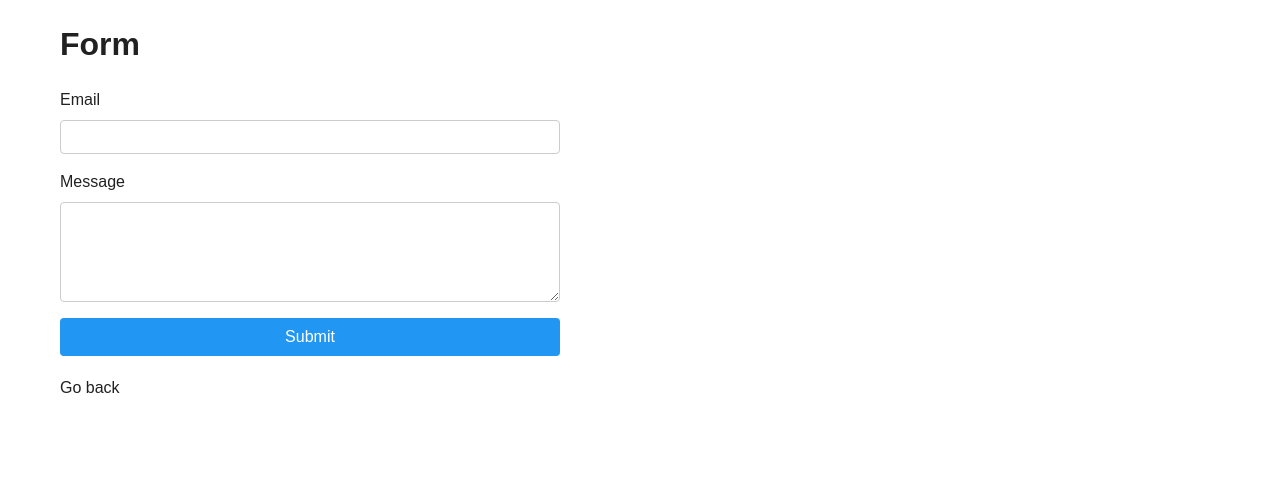
Repository: rubin666666/goit-js-hw-09
Page: src/2-form.html
An editor plug-in stored every save of this project. The page is shown before and after the next save, followed by the edit.
The browser window is 1280 px wide. The pictures show the whole page.

Above is the page before, as saved 2025-12-17 12:54:30.

### src/2-form.html
<!DOCTYPE html>
<html lang="en">
<head>
  <meta charset="UTF-8">
  <meta name="viewport" content="width=device-width, initial-scale=1.0">
  <title>Form</title>
  <link rel="stylesheet" href="./css/style.css">
</head>
<body>
  <main class="container">
    <h1>Form</h1>
    <form class="feedback-form" autocomplete="off">
      <label>Email <input type="email" name="email" /></label>
      <label>Message <textarea name="message"></textarea></label>
      <button type="submit">Submit</button>
    </form>
    <a href="index.html">Go back</a>
    <script type="module" src="./js/2-form.js"></script>
  </main>
</body>
</html>

### src/css/style.css
@import "reset.css";
@import "base.css";
@import "container.css";

body {
  font-family: sans-serif;
}

.header nav a {
  margin: 0 10px;
  text-decoration: none;
  color: #2196f3;
  font-weight: 500;
}

.header nav a:hover {
  text-decoration: underline;
}

/* Gallery styles */
.gallery {
  display: grid;
  grid-template-columns: repeat(auto-fit, minmax(300px, 1fr));
  gap: 20px;
  margin: 20px 0;
}

.gallery-item {
  overflow: hidden;
  border-radius: 8px;
  box-shadow: 0 2px 8px rgba(0, 0, 0, 0.1);
}

.gallery-link {
  display: block;
}

.gallery-image {
  width: 100%;
  height: 200px;
  object-fit: cover;
  transition: transform 0.3s ease;
}

.gallery-image:hover {
  transform: scale(1.05);
}

/* Form styles */
.feedback-form {
  display: flex;
  flex-direction: column;
  gap: 16px;
  max-width: 500px;
  margin: 20px 0;
}

.feedback-form label {
  display: flex;
  flex-direction: column;
  gap: 8px;
  font-weight: 500;
}

.feedback-form input,
.feedback-form textarea {
  padding: 8px 12px;
  border: 1px solid #ccc;
  border-radius: 4px;
  font-family: inherit;
  font-size: 14px;
}

.feedback-form textarea {
  min-height: 100px;
  resize: vertical;
}

.feedback-form button {
  padding: 10px 20px;
  background-color: #2196f3;
  color: white;
  border: none;
  border-radius: 4px;
  font-size: 16px;
  cursor: pointer;
  transition: background-color 0.3s ease;
}

.feedback-form button:hover {
  background-color: #1976d2;
}

### src/js/2-form.js
const form = document.querySelector(".feedback-form");
const STORAGE_KEY = "feedback-form-state";

let formData = { email: "", message: "" };

const saved = localStorage.getItem(STORAGE_KEY);
if (saved) {
  formData = JSON.parse(saved);
  form.elements.email.value = formData.email || "";
  form.elements.message.value = formData.message || "";
}

form.addEventListener("input", e => {
  formData[e.target.name] = e.target.value.trim();
  localStorage.setItem(STORAGE_KEY, JSON.stringify(formData));
});

form.addEventListener("submit", e => {
  e.preventDefault();
  if (!formData.email || !formData.message) {
    alert("Fill please all fields");
    return;
  }
  console.log(formData);
  localStorage.removeItem(STORAGE_KEY);
  formData = { email: "", message: "" };
  form.reset();
});

### src/css/reset.css
/* Reset styles */
* {
  margin: 0;
  padding: 0;
  box-sizing: border-box;
}

ul {
  list-style: none;
}

a {
  text-decoration: none;
  color: inherit;
}

img {
  display: block;
  max-width: 100%;
  height: auto;
}

### src/css/base.css
/* Base styles */
body {
  font-family: -apple-system, BlinkMacSystemFont, 'Segoe UI', Roboto, Oxygen,
    Ubuntu, Cantarell, 'Open Sans', 'Helvetica Neue', sans-serif;
  line-height: 1.5;
  color: #212121;
  background-color: #fff;
}

### src/css/container.css
/* Container */
.container {
  max-width: 1200px;
  margin: 0 auto;
  padding: 20px;
}

After the next save:
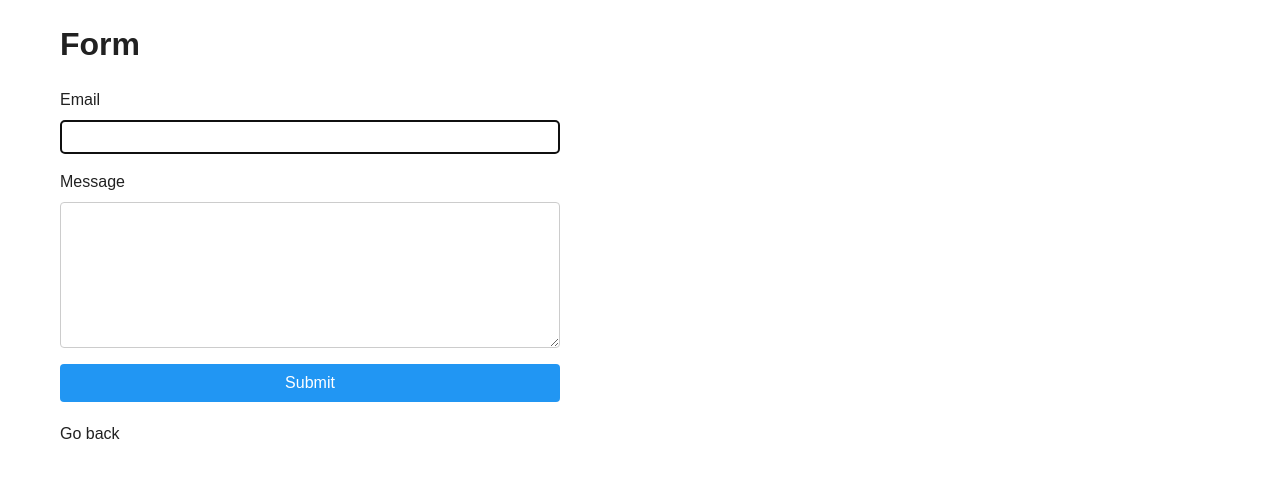
Saved 32 s later.
--- a/src/2-form.html
+++ b/src/2-form.html
@@ -10,8 +10,14 @@
   <main class="container">
     <h1>Form</h1>
     <form class="feedback-form" autocomplete="off">
-      <label>Email <input type="email" name="email" /></label>
-      <label>Message <textarea name="message"></textarea></label>
+      <label>
+        Email
+        <input type="email" name="email" autofocus />
+      </label>
+      <label>
+        Message
+        <textarea name="message" rows="8"></textarea>
+      </label>
       <button type="submit">Submit</button>
     </form>
     <a href="index.html">Go back</a>
